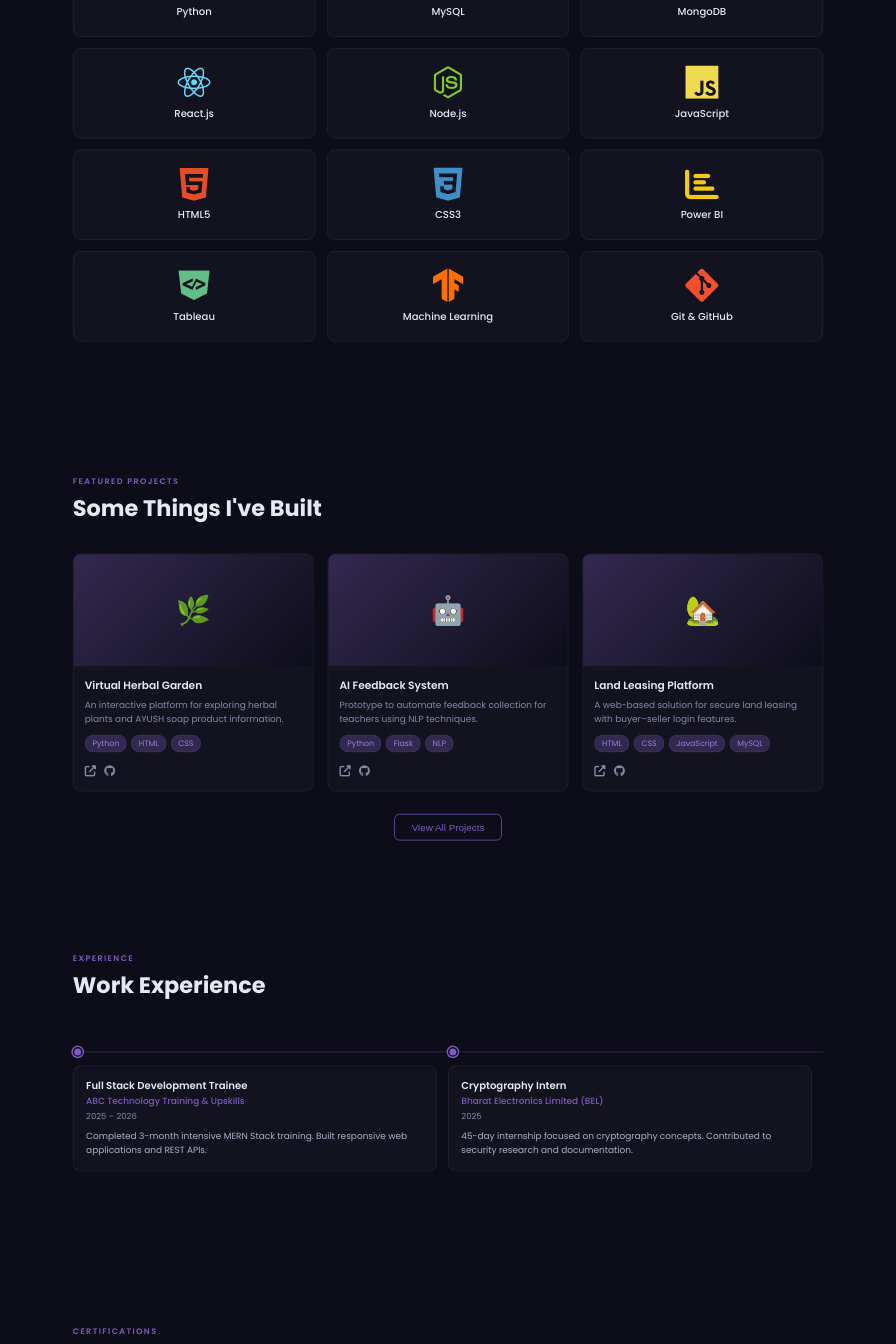
Repository: Rhaashee/Portfolio
Page: MyProfile-frontend/index.html
An editor plug-in stored every save of this project. The page is shown before and after the next save, followed by the edit.
The browser window is 1280 px wide. The pictures show the part of the page from y = 1564 to 3484 px (the page is 5236 px tall), at 70% of full size.

Above is the page before, as saved 2026-06-21 14:33:14.
Console error: ReferenceError: emailjs is not defined

### MyProfile-frontend/index.html
<!DOCTYPE html>
<html lang="en">
<head>
<meta charset="UTF-8" />
<meta name="viewport" content="width=device-width, initial-scale=1.0" />
<title>Rhaashee L | Portfolio</title>
<link rel="preconnect" href="https://fonts.googleapis.com" />
<link href="https://fonts.googleapis.com/css2?family=Poppins:wght@300;400;500;600;700;800&display=swap" rel="stylesheet" />
<link rel="stylesheet" href="https://cdnjs.cloudflare.com/ajax/libs/font-awesome/6.5.1/css/all.min.css" />
<link rel="stylesheet" href="https://cdnjs.cloudflare.com/ajax/libs/devicon/2.15.1/devicon.min.css" />

<link rel="stylesheet" href="css/varibales.css" />
<link rel="stylesheet" href="css/custom.css" />
<link rel="stylesheet" href="css/themes.css" />
<link rel="stylesheet" href="css/animations.css" />
<link rel="stylesheet" href="css/responsive.css" />
</head>
<body>

<!-- ===== NAVBAR ===== -->
<nav class="navbar" id="navbar">
  <div class="nav-logo">
    <div class="logo-icon">R</div>
    <span id="nav-logo-text">RHAASHEE</span>
  </div>

  <div class="nav-links">
    <a href="#hero" class="active">Home</a>
    <a href="#about">About</a>
    <a href="#skills">Skills</a>
    <a href="#projects">Projects</a>
    <a href="#experience">Experience</a>
    <a href="#certifications">Certifications</a>
    <a href="#contact">Contact</a>
  </div>

  <div class="nav-right">
    <a href="assets/resume/RhaasheeL_Resume.pdf" target="_blank" class="btn-resume" id="nav-resume-btn">Resume</a>
    <button class="theme-toggle" id="theme-toggle" aria-label="Toggle theme"><i class="fas fa-sun"></i></button>
    <button class="hamburger" id="hamburger" aria-label="Menu">
      <span></span><span></span><span></span>
    </button>
  </div>
</nav>

<div class="mobile-menu" id="mobile-menu">
  <a href="#hero" class="mobile-link">Home</a>
  <a href="#about" class="mobile-link">About</a>
  <a href="#skills" class="mobile-link">Skills</a>
  <a href="#projects" class="mobile-link">Projects</a>
  <a href="#experience" class="mobile-link">Experience</a>
  <a href="#certifications" class="mobile-link">Certifications</a>
  <a href="#contact" class="mobile-link">Contact</a>
</div>

<!-- ===== 01 HERO ===== -->
<section id="hero">
  <div class="hero-wrapper">
    <div class="hero-content">
      <p class="hero-hello" id="hero-hello">Hello, I'm</p>
      <h1 class="hero-name" id="hero-name">RHAASHEE L</h1>
      <p class="hero-tagline"><span id="hero-tagline-text" class="typing-text"></span></p>
      <p class="hero-desc" id="hero-desc"></p>
      <div class="hero-btns">
        <a href="#projects" class="btn-primary">View My Work</a>
        <a href="#contact" class="btn-secondary">Contact Me</a>
      </div>
      <div class="hero-socials" id="hero-socials"></div>
    </div>

    <div class="hero-image-wrap">
      <div class="hero-blob">
        <svg viewBox="0 0 500 500" xmlns="http://www.w3.org/2000/svg">
          <path d="M250,60 C340,55 420,110 440,200 C460,290 420,370 340,410 C260,450 160,440 100,380 C40,320 30,220 70,150 C110,80 160,65 250,60 Z"></path>
        </svg>
      </div>

      <div class="hero-decor">
        <i class="fas fa-sparkle sparkle sparkle-1"></i>
        <i class="fas fa-sparkle sparkle sparkle-2"></i>
        <i class="fas fa-sparkle sparkle sparkle-3"></i>
        <i class="fas fa-sparkle sparkle sparkle-4"></i>
        <i class="fas fa-sparkle sparkle sparkle-5"></i>
        <i class="fas fa-leaf leaf leaf-1"></i>
        <i class="fas fa-leaf leaf leaf-2"></i>
      </div>

      <div class="hero-image-ring">
        <img id="hero-img" src="assets/images/rhaa.jpeg" alt="Rhaashee L" />
      </div>
    </div>
  </div>
</section>

<!-- ===== 02 ABOUT ===== -->
<section id="about" class="section">
  <p class="section-label">About Me</p>
  <h2 class="section-title">Get To Know Me</h2>

  <div class="about-grid">
    <div>
      <p class="about-desc" id="about-desc"></p>
      <a href="#contact" class="btn-outline">Read More</a>
    </div>

    <div class="about-info-grid">
      <div class="about-info-item">
        <div class="about-info-icon"><i class="fas fa-user"></i></div>
        <div>
          <div class="about-info-label">Name</div>
          <div class="about-info-value" id="about-name"></div>
        </div>
      </div>
      <div class="about-info-item">
        <div class="about-info-icon"><i class="fas fa-graduation-cap"></i></div>
        <div>
          <div class="about-info-label">Education</div>
          <div class="about-info-value" id="about-education"></div>
        </div>
      </div>
      <div class="about-info-item">
        <div class="about-info-icon"><i class="fas fa-envelope"></i></div>
        <div>
          <div class="about-info-label">Email</div>
          <div class="about-info-value" id="about-email"></div>
        </div>
      </div>
      <div class="about-info-item">
        <div class="about-info-icon"><i class="fas fa-briefcase"></i></div>
        <div>
          <div class="about-info-label">Freelance</div>
          <div class="about-info-value" id="about-freelance"></div>
        </div>
      </div>
      <div class="about-info-item">
        <div class="about-info-icon"><i class="fas fa-location-dot"></i></div>
        <div>
          <div class="about-info-label">Location</div>
          <div class="about-info-value" id="about-location"></div>
        </div>
      </div>
      <div class="about-info-item">
        <div class="about-info-icon"><i class="fas fa-globe"></i></div>
        <div>
          <div class="about-info-label">Languages</div>
          <div class="about-info-value" id="about-languages"></div>
        </div>
      </div>
    </div>
  </div>
</section>

<!-- ===== 03 SKILLS ===== -->
<section id="skills" class="section">
  <p class="section-label">My Skills</p>
  <h2 class="section-title">Technical Skills</h2>

  <div class="skills-grid" id="skills-grid"></div>

</section>

<!-- ===== 04 PROJECTS ===== -->
<section id="projects" class="section">
  <p class="section-label">Featured Projects</p>
  <h2 class="section-title">Some Things I've Built</h2>

  <div class="projects-grid" id="projects-grid"></div>

  <div class="projects-btn-wrap">
  <button class="btn-outline" id="show-all-projects">View All Projects</button>
</div>
</section>

<!-- ===== 05 EXPERIENCE ===== -->
<section id="experience" class="section">
  <p class="section-label">Experience</p>
  <h2 class="section-title">Work Experience</h2>

  <div class="experience-timeline">
    <div class="timeline-track" id="experience-track"></div>
  </div>
</section>

<!-- ===== 06 CERTIFICATIONS ===== -->
<section id="certifications" class="section">
  <p class="section-label">Certifications</p>
  <h2 class="section-title">My Certifications</h2>

  <div class="certs-slider-wrap">
    <div class="certs-row" id="certs-row"></div>
    <button class="certs-arrow" id="certs-arrow" aria-label="Next certifications"><i class="fas fa-chevron-right"></i></button>
  </div>
</section>

<!-- ===== EDUCATION ===== -->
<section id="education" class="section">
  <p class="section-label">Education</p>
  <h2 class="section-title">My Education</h2>

  <div class="education-grid" id="education-grid"></div>
</section>

<!-- ===== 08 CONTACT ===== -->
<section id="contact" class="section" style="position:relative;">
  <p class="section-label">Contact</p>
  <h2 class="section-title">Let's Connect</h2>

  <div class="contact-grid">
    <div>
      <p class="contact-desc">Have a project in mind or just want to say hi? I'd love to hear from you!</p>
      <div class="contact-info-list">
        <div class="contact-info-item"><i class="fas fa-envelope"></i><span id="contact-email"></span></div>
        <div class="contact-info-item"><i class="fas fa-phone"></i><span id="contact-phone"></span></div>
        <div class="contact-info-item"><i class="fas fa-location-dot"></i><span id="contact-location"></span></div>
      </div>
    </div>

    <form class="contact-form" id="contact-form">
      <div class="form-row">
        <div class="form-group">
          <input type="text" id="contact-name" placeholder="Name" required />
        </div>
        <div class="form-group">
          <input type="email" id="contact-email-input" placeholder="Email" required />
        </div>
      </div>
      <div class="form-group">
        <textarea id="contact-message" placeholder="Message" required></textarea>
      </div>
      <button type="submit" class="btn-send">Send Message</button>
      <p id="form-status" style="display:none;margin-top:10px;font-size:0.82rem;"></p>
    </form>
  </div>
  <div class="contact-plant">🪴</div>
</section>

<!-- ===== 09 FOOTER ===== -->
<footer>
  <div class="footer-grid">
    <div class="footer-brand">
      <div class="logo-icon">R</div>
      <p style="margin:10px 0 4px;font-weight:600;" id="footer-logo-text">Rhaashee L</p>
      <p class="footer-tagline">Building solutions. Creating impact.</p>
    </div>

    <div>
      <p class="footer-col-title">Quick Links</p>
      <div class="footer-links" id="footer-quick-links"></div>
    </div>

    <div>
      <p class="footer-col-title">Resources</p>
      <div class="footer-links" id="footer-resource-links"></div>
    </div>

    <div>
      <p class="footer-col-title">Connect</p>
      <div class="footer-socials" id="footer-socials"></div>
    </div>
  </div>

  <div class="footer-bottom">
    <p class="footer-copy">© 2026 Rhaashee L. All rights reserved.</p>
  </div>
</footer>

<button class="back-to-top" id="back-to-top" aria-label="Back to top"><i class="fas fa-arrow-up"></i></button>

<!-- ===== DATA ===== -->
<script src="js/data/profile.js"></script>
<script src="js/data/skills.js"></script>
<script src="js/data/projects.js"></script>
<script src="js/data/experience.js"></script>
<script src="js/data/certifications.js"></script>
<script src="js/data/education.js"></script>
<script src="js/data/socials.js"></script>

<!-- ===== FEATURES ===== -->
<script src="js/features/theme-toggle.js"></script>
<script src="js/features/hero-render.js"></script>
<script src="js/features/typing-effect.js"></script>
<script src="js/features/about-render.js"></script>
<script src="js/features/skills-render.js"></script>
<script src="js/features/project-render.js"></script>
<script src="js/features/experience-render.js"></script>
<script src="js/features/certification-render.js"></script>
<script src="js/features/education-render.js"></script>
<script src="js/features/social-render.js"></script>
<script src="js/features/navbar.js"></script>
<script src="js/features/mobile-menu.js"></script>
<script src="js/features/active-nav.js"></script>
<script src="js/features/BackToTop.js"></script>
<script src="js/features/scroll-animation.js"></script>
<script src="js/features/contact-api.js"></script>
<script src="js/features/contact-validation.js"></script>
<script src="js/features/modal.js"></script>

<script src="js/main.js"></script>
<script src="https://cdn.jsdelivr.net/npm/@emailjs/browser@4/dist/email.min.js"></script>
</body>
</html>

### MyProfile-frontend/css/varibales.css
/* ===== THEME VARIABLES ===== */
:root {
  /* Dark Theme (default) */
  --bg: #0d0d1a;
  --bg-card: #13131f;
  --bg-nav: rgba(13, 13, 26, 0.95);
  --text: #e8e8f0;
  --text-muted: #8888a8;
  --text-secondary: #b0b0c8;
  --accent: #7c5cbf;
  --accent-light: #9b7edb;
  --accent-glow: rgba(124, 92, 191, 0.3);
  --border: rgba(124, 92, 191, 0.2);
  --border-card: rgba(255, 255, 255, 0.07);
  --skill-bar-bg: rgba(255, 255, 255, 0.08);
  --input-bg: rgba(255, 255, 255, 0.05);
  --shadow: 0 4px 30px rgba(0, 0, 0, 0.4);
  --shadow-card: 0 2px 20px rgba(0, 0, 0, 0.3);
  --hero-gradient: radial-gradient(ellipse at 60% 50%, rgba(124, 92, 191, 0.15) 0%, transparent 70%);
  --section-number-color: #2a2a4a;
}

[data-theme="light"] {
  --bg: #f5f5ff;
  --bg-card: #ffffff;
  --bg-nav: rgba(245, 245, 255, 0.95);
  --text: #1a1a2e;
  --text-muted: #6666a0;
  --text-secondary: #444466;
  --accent: #6b46c1;
  --accent-light: #7c5cbf;
  --accent-glow: rgba(107, 70, 193, 0.15);
  --border: rgba(107, 70, 193, 0.2);
  --border-card: rgba(107, 70, 193, 0.1);
  --skill-bar-bg: rgba(107, 70, 193, 0.1);
  --input-bg: rgba(107, 70, 193, 0.05);
  --shadow: 0 4px 30px rgba(107, 70, 193, 0.1);
  --shadow-card: 0 2px 20px rgba(107, 70, 193, 0.08);
  --hero-gradient: radial-gradient(ellipse at 60% 50%, rgba(107, 70, 193, 0.08) 0%, transparent 70%);
  --section-number-color: #e8e8f8;
}

### MyProfile-frontend/css/themes.css
/* themes.css — light/dark toggle handled via data-theme on <html> */
/* All values live in varibales.css; this file only has structural overrides if needed */

[data-theme="light"] .hero-image-ring {
  box-shadow: 0 0 60px rgba(107, 70, 193, 0.2);
}

[data-theme="light"] .skill-bar-fill {
  background: linear-gradient(90deg, #6b46c1, #9b7edb);
}

[data-theme="light"] .navbar {
  box-shadow: 0 1px 20px rgba(107, 70, 193, 0.08);
}

[data-theme="light"] footer {
  background: #ededfa;
}

### MyProfile-frontend/css/animations.css
/* ===== ANIMATIONS ===== */

/* Typing cursor */
.typing-text::after {
  content: '|';
  color: var(--accent);
  animation: blink 0.8s infinite;
}

@keyframes blink {
  0%, 100% { opacity: 1; }
  50% { opacity: 0; }
}

/* Fade in up */
@keyframes fadeInUp {
  from { opacity: 0; transform: translateY(30px); }
  to   { opacity: 1; transform: translateY(0); }
}

.fade-in-up {
  animation: fadeInUp 0.6s ease forwards;
}

/* Float */
@keyframes float {
  0%, 100% { transform: translateY(0); }
  50%       { transform: translateY(-10px); }
}

.hero-image-ring {
  animation: float 5s ease-in-out infinite;
}

/* Stagger children */
.stagger > *:nth-child(1) { animation-delay: 0.1s; }
.stagger > *:nth-child(2) { animation-delay: 0.2s; }
.stagger > *:nth-child(3) { animation-delay: 0.3s; }
.stagger > *:nth-child(4) { animation-delay: 0.4s; }
.stagger > *:nth-child(5) { animation-delay: 0.5s; }
.stagger > *:nth-child(6) { animation-delay: 0.6s; }

/* Reduced motion */
@media (prefers-reduced-motion: reduce) {
  * { animation: none !important; transition-duration: 0.01ms !important; }
}

### MyProfile-frontend/css/responsive.css
/* ===== RESPONSIVE ===== */

@media (max-width: 1024px) {
  .skills-grid {
    grid-template-columns: repeat(2, 1fr);
  }

  .projects-grid {
    grid-template-columns: repeat(2, 1fr);
  }

  .footer-grid {
    grid-template-columns: 1fr 1fr;
  }
}

@media (max-width: 768px) {
  .nav-links {
    display: none;
  }

  .hamburger {
    display: flex;
  }

  .hero-wrapper {
    flex-direction: column-reverse;
    text-align: center;
    gap: 40px;
    padding-top: 80px;
  }

  .hero-btns {
    justify-content: center;
  }

  .hero-socials {
    justify-content: center;
  }

  .hero-name {
    font-size: 2.4rem;
  }

  .hero-image-wrap {
    width: 280px;
    height: 280px;
  }

  .hero-image-ring {
    width: 240px;
    height: 240px;
  }

  .hero-image-ring img,
  .hero-image-placeholder {
    width: 212px;
    height: 212px;
  }

  .leaf-1, .leaf-2 {
    font-size: 3rem;
  }

  .about-grid {
    grid-template-columns: 1fr;
  }

  .about-info-grid {
    grid-template-columns: 1fr 1fr;
  }

  .skills-grid {
    grid-template-columns: repeat(2, 1fr);
  }

  .projects-grid {
    grid-template-columns: 1fr;
  }

  .timeline-track {
    flex-direction: column;
  }

  .timeline-track::before {
    display: none;
  }

  .exp-card {
    margin-right: 0;
    margin-bottom: 16px;
  }

  .education-grid {
    grid-template-columns: 1fr;
  }

  .contact-grid {
    grid-template-columns: 1fr;
  }

  .form-row {
    grid-template-columns: 1fr;
  }

  .footer-grid {
    grid-template-columns: 1fr 1fr;
    gap: 24px;
  }

  .footer-bottom {
    flex-direction: column;
    gap: 12px;
    text-align: center;
  }

  .section {
    padding: 80px 5% 40px;
  }

  .section-title {
    font-size: 1.6rem;
  }
}

@media (max-width: 480px) {
  .skills-grid {
    grid-template-columns: 1fr;
  }

  .about-info-grid {
    grid-template-columns: 1fr;
  }

  .footer-grid {
    grid-template-columns: 1fr;
  }

  .certs-row {
    flex-wrap: nowrap;
    overflow-x: auto;
    scrollbar-width: thin;
    padding-bottom: 8px;
  }

  .hero-name {
    font-size: 2rem;
  }
}

/* Mobile nav link hover */
.mobile-link:hover {
  color: var(--accent);
}

### MyProfile-frontend/js/data/projects.js
const projects = [
  {
    title: "Virtual Herbal Garden",
    desc: "An interactive platform for exploring herbal plants and AYUSH soap product information.",
    tags: ["Python", "HTML", "CSS"],
    icons: ["devicon-python-plain colored", "devicon-html5-plain colored", "devicon-css3-plain colored"],
    emoji: "🌿",
    github: "#",
    live: "#",
    featured: true,
  },
  {
    title: "AI Feedback System",
    desc: "Prototype to automate feedback collection for teachers using NLP techniques.",
    tags: ["Python", "Flask", "NLP"],
    icons: ["devicon-python-plain colored", "devicon-flask-original colored", "devicon-tensorflow-original colored"],
    emoji: "🤖",
    github: "#",
    live: "#",
    featured: true,
  },
  {
    title: "Land Leasing Platform",
    desc: "A web-based solution for secure land leasing with buyer–seller login features.",
    tags: ["HTML", "CSS", "JavaScript", "MySQL"],
    icons: ["devicon-html5-plain colored", "devicon-css3-plain colored", "devicon-javascript-plain colored", "devicon-mysql-plain colored"],
    emoji: "🏡",
    github: "#",
    live: "#",
    featured: true,
  },
  {
    title: "CLI LinkedIn Clone",
    desc: "Command-line app simulating LinkedIn with profiles, connections, and job posting.",
    tags: ["Python", "OOP", "File Handling"],
    icons: ["devicon-python-plain colored"],
    emoji: "💼",
    github: "#",
    live: "#",
    featured: false,
  },
  {
    title: "Event Management System",
    desc: "System for event scheduling, participant registration, and report generation.",
    tags: ["Java", "MySQL"],
    icons: ["devicon-java-plain colored", "devicon-mysql-plain colored"],
    emoji: "📅",
    github: "#",
    live: "#",
    featured: false,
  },
];

Loaded but not shown: MyProfile-frontend/js/features/hero-render.js (43 lines, source omitted); MyProfile-frontend/js/features/contact-validation.js (58 lines, source omitted); MyProfile-frontend/js/data/profile.js (30 lines, source omitted); MyProfile-frontend/js/features/contact-api.js (41 lines, source omitted); MyProfile-frontend/js/features/social-render.js (36 lines, source omitted); MyProfile-frontend/js/features/theme-toggle.js (40 lines, source omitted); MyProfile-frontend/js/features/modal.js (30 lines, source omitted); MyProfile-frontend/js/features/project-render.js (30 lines, source omitted); MyProfile-frontend/js/features/about-render.js (20 lines, source omitted); MyProfile-frontend/js/data/socials.js (24 lines, source omitted); MyProfile-frontend/js/features/typing-effect.js (37 lines, source omitted); MyProfile-frontend/js/data/skills.js (14 lines, source omitted); MyProfile-frontend/js/features/certification-render.js (35 lines, source omitted); MyProfile-frontend/js/data/certifications.js (45 lines, source omitted); MyProfile-frontend/js/features/active-nav.js (25 lines, source omitted); MyProfile-frontend/js/features/experience-render.js (23 lines, source omitted); MyProfile-frontend/js/data/education.js (24 lines, source omitted); MyProfile-frontend/js/features/education-render.js (23 lines, source omitted); MyProfile-frontend/js/features/scroll-animation.js (21 lines, source omitted); MyProfile-frontend/js/features/mobile-menu.js (18 lines, source omitted); MyProfile-frontend/js/data/experience.js (15 lines, source omitted); MyProfile-frontend/js/features/BackToTop.js (19 lines, source omitted); MyProfile-frontend/js/features/skills-render.js (17 lines, source omitted); MyProfile-frontend/js/features/navbar.js (15 lines, source omitted); MyProfile-frontend/js/main.js (5 lines, source omitted); MyProfile-frontend/css/custom.css (1188 lines, source omitted)

After the next save:
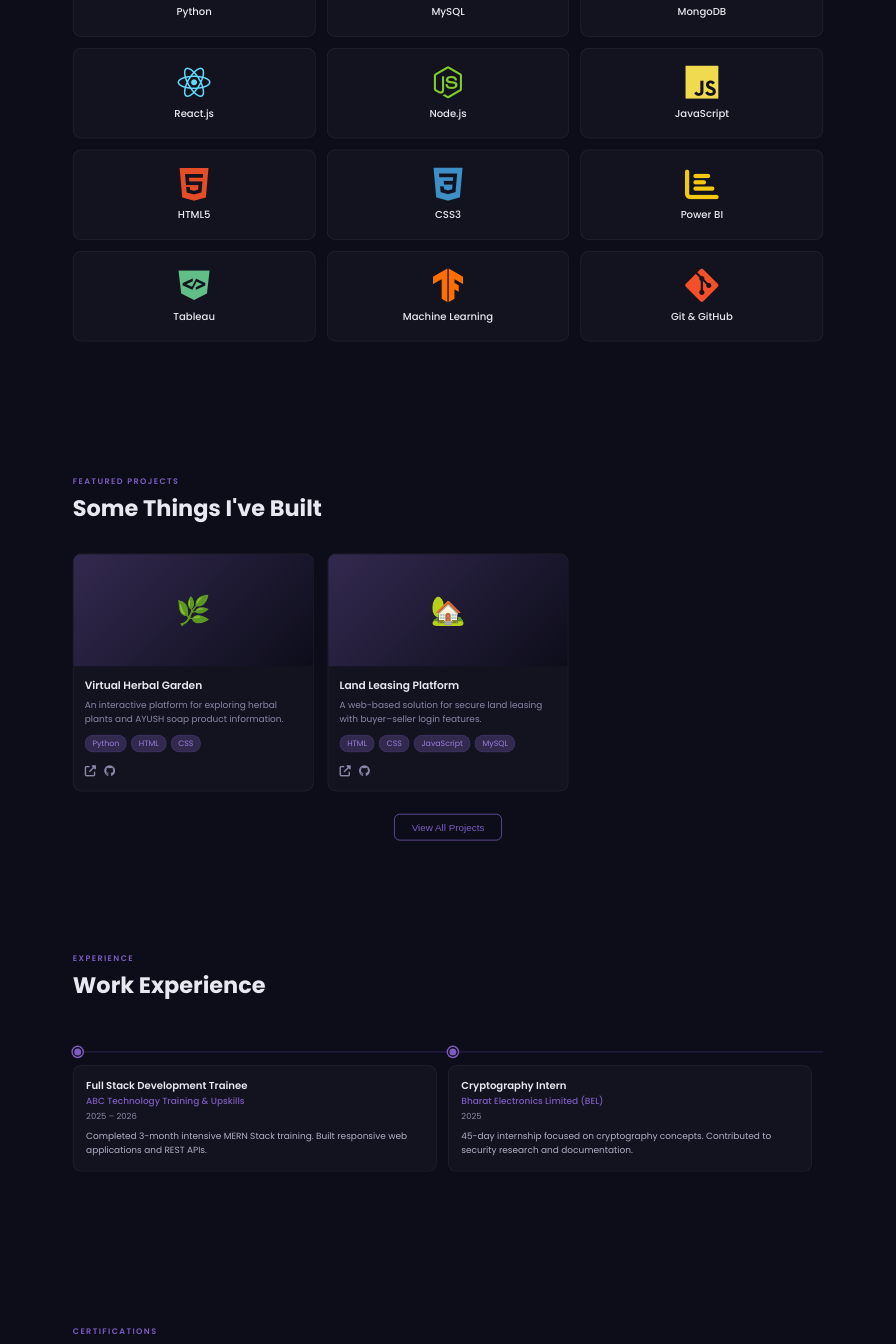
Saved 5 min 16 s later.
--- a/MyProfile-frontend/js/data/projects.js
+++ b/MyProfile-frontend/js/data/projects.js
@@ -5,16 +5,6 @@ const projects = [
     tags: ["Python", "HTML", "CSS"],
     icons: ["devicon-python-plain colored", "devicon-html5-plain colored", "devicon-css3-plain colored"],
     emoji: "🌿",
-    github: "#",
-    live: "#",
-    featured: true,
-  },
-  {
-    title: "AI Feedback System",
-    desc: "Prototype to automate feedback collection for teachers using NLP techniques.",
-    tags: ["Python", "Flask", "NLP"],
-    icons: ["devicon-python-plain colored", "devicon-flask-original colored", "devicon-tensorflow-original colored"],
-    emoji: "🤖",
     github: "#",
     live: "#",
     featured: true,
